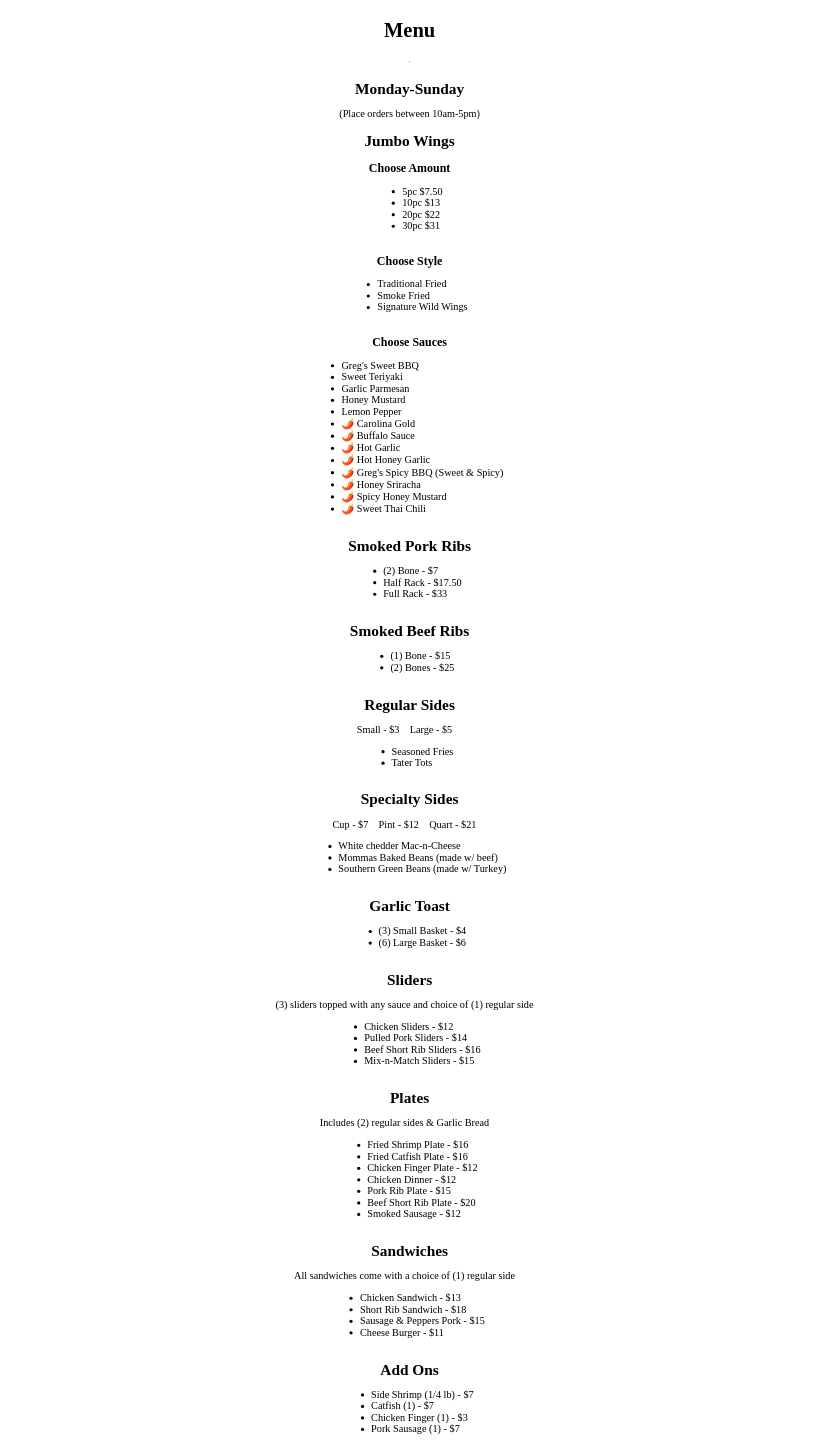
Repository: dukedward/smokehousemenu
Page: index.html
These files come from the project's save history. The page is drawn as it stood at one moment and after the next save; the edit follows.
The browser window is 1280 px wide. The pictures show the whole page, at 64% of full size.

Above is the page before, as saved 2023-02-28 14:05:27.

### index.html
<!DOCTYPE html>
<html lang="en">
<head>
    <meta charset="UTF-8">
    <meta http-equiv="X-UA-Compatible" content="IE=edge">
    <meta name="viewport" content="wilih=device-wilih, initial-scale=1.0">
    <link rel="stylesheet" href="style.css" />
    <title>Our Menu</title>
</head>
<body>
    <div class="title">
        <h1>Menu</h1>
        <hr>
        <h2>Monday-Sunday</h2>
        <p>(Place orders between 10am-5pm)</p>
    </div>
    <div class="sections">
        <div class="sect">
            <h2>Jumbo Wings</h2>
            <div class="sub-sect">
                <h3>Choose Amount</h3>
                <ul>
                    <li>5pc $7.50</li>
                    <li>10pc $13</li>
                    <li>20pc $22</li>
                    <li>30pc $31</li>
                </ul>
            </div>
            <div class="sub-sect">
                <h3>Choose Style</h3>
                <ul>
                    <li>Traditional Fried</li>
                    <li>Smoke Fried</li>
                    <li>Signature Wild Wings</li>
                </ul>
            </div>
            <div class="sub-sect">
                <h3>Choose Sauces</h2>
                <ul>
                    <li>Greg's Sweet BBQ</li>
                    <li>Sweet Teriyaki</li>
                    <li>Garlic Parmesan</li>
                    <li>Honey Mustard</li>
                    <li>Lemon Pepper</li>
                    <li>🌶️ Carolina Gold</li>
                    <li>🌶️ Buffalo Sauce</li>
                    <li>🌶️ Hot Garlic</li>
                    <li>🌶️ Hot Honey Garlic</li>
                    <li>🌶️ Greg's Spicy BBQ (Sweet & Spicy)</li>
                    <li>🌶️ Honey Sriracha</li>
                    <li>🌶️ Spicy Honey Mustard</li>
                    <li>🌶️ Sweet Thai Chili</li>
                </ul>
            </div>
        </div>
        <div class="sect">
            <h2>Smoked Pork Ribs</h2>
            <ul>
                <li>(2) Bone - $7</li>
                <li>Half Rack - $17.50</li>
                <li>Full Rack - $33</li>
            </ul>
        </div>
        <div class="sect">
            <h2>Smoked Beef Ribs</h2>
            <ul>
                <li>(1) Bone - $15</li>
                <li>(2) Bones - $25</li>
            </ul>
        </div>
        <div class="sect">
            <h2>Regular Sides</h2>
            <div class="desc">
                <p>Small - $3</p>
                <p>Large - $5</p>
            </div>
            <ul>
                <li>Seasoned Fries</li>
                <li>Tater Tots</li>
            </ul>
        </div>
        <div class="sect">
            <h2>Specialty Sides</h2>
            <div class="desc">
                <p>Cup - $7</p>
                <p>Pint - $12</p>
                <p>Quart - $21</p>
            </div>
            <ul>
                <li>White chedder Mac-n-Cheese</li>
                <li>Mommas Baked Beans (made w/ beef)</li>
                <li>Southern Green Beans (made w/ Turkey)</li>
            </ul>
        </div>
        <div class="sect">
            <h2>Garlic Toast</h2>
            <ul>
                <li>(3) Small Basket - $4</li>
                <li>(6) Large Basket - $6</li>
            </ul>
        </div>
        <div class="sect">
            <h2>Sliders</h2>
            <div class="desc">
                <p>(3) sliders topped with any sauce and choice of (1) regular side</p>
            </div>
            <ul>
                <li>Chicken Sliders - $12</li>
                <li>Pulled Pork Sliders - $14</li>
                <li>Beef Short Rib Sliders - $16</li>
                <li>Mix-n-Match Sliders - $15</li>
            </ul>
        </div>
        <div class="sect">
            <h2>Plates</h2>
            <div class="desc">
                <p>Includes (2) regular sides & Garlic Bread</p>
            </div>
            <ul>
                <li>Fried Shrimp Plate - $16</li>
                <li>Fried Catfish Plate - $16</li>
                <li>Chicken Finger Plate - $12</li>
                <li>Chicken Dinner - $12</li>
                <li>Pork Rib Plate - $15</li>
                <li>Beef Short Rib Plate - $20</li>
                <li>Smoked Sausage - $12</li>
            </ul>
        </div>
        <div class="sect">
            <h2>Sandwiches</h2>
            <div class="desc">
                <p>All sandwiches come with a choice of (1) regular side</p>
            </div>
            <ul>
                <li>Chicken Sandwich - $13</li>
                <li>Short Rib Sandwich - $18</li>
                <li>Sausage & Peppers Pork - $15</li>
                <li>Cheese Burger - $11</li>
            </ul>
        </div>
        <div class="sect">
            <h2>Add Ons</h2>
            <ul>
                <li>Side Shrimp (1/4 lb) - $7</li>
                <li>Catfish (1) - $7</li>
                <li>Chicken Finger (1) - $3</li>
                <li>Pork Sausage (1) - $7</li>
            </ul>
        </div>
    </div>
</body>
</html>

### style.css
/* * {
	margin: 0;
	padding: 0;
} */

.title {
	display: flex;
	flex-direction: column;
	justify-content: center;
	align-items: center;
}

.title h2,p {
    margin-bottom: 0;
}

.sections {
	display: grid;
	/* display: flex; */
	/* justify-content: center; */
	/* align-items: center; */
}

.sect, .sub-sect {
	display: flex;
	flex-direction: column;
	justify-content: center;
	align-items: center;
}

.sect h2,h3 {
    margin-bottom: 0;
}

.desc {
    display: flex;
    flex-direction: row;
    justify-content: space-between;
}

.desc p {
    padding-right: 1rem;
}

dt {
    font-size: medium;
    font-weight: bold;
}

dd {
    margin-bottom: 1rem;
}

After the next save:
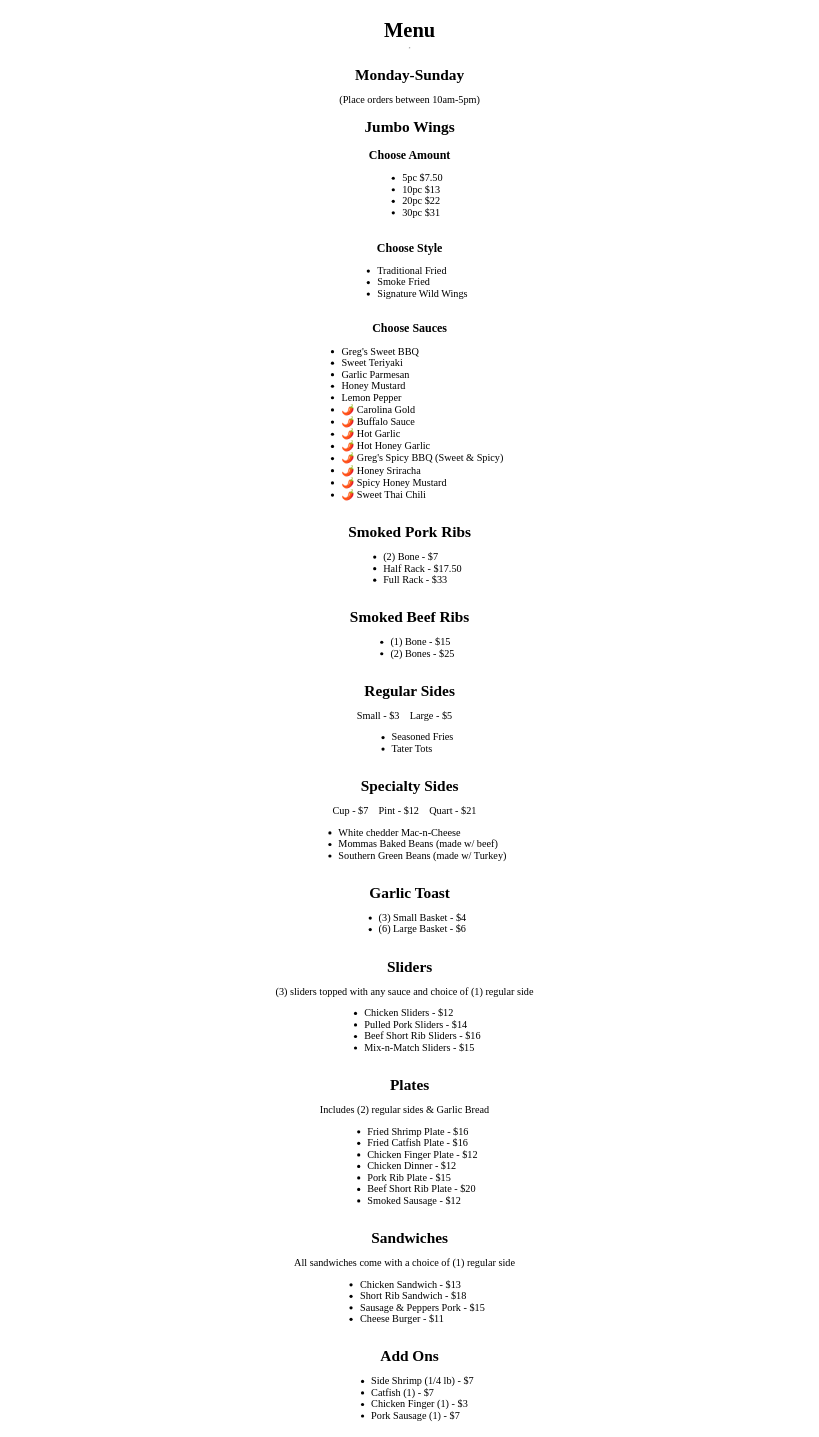
Saved 23 s later.
--- a/style.css
+++ b/style.css
@@ -10,7 +10,7 @@
 	align-items: center;
 }
 
-.title h2,p {
+.title h1,h2,p {
     margin-bottom: 0;
 }
 
